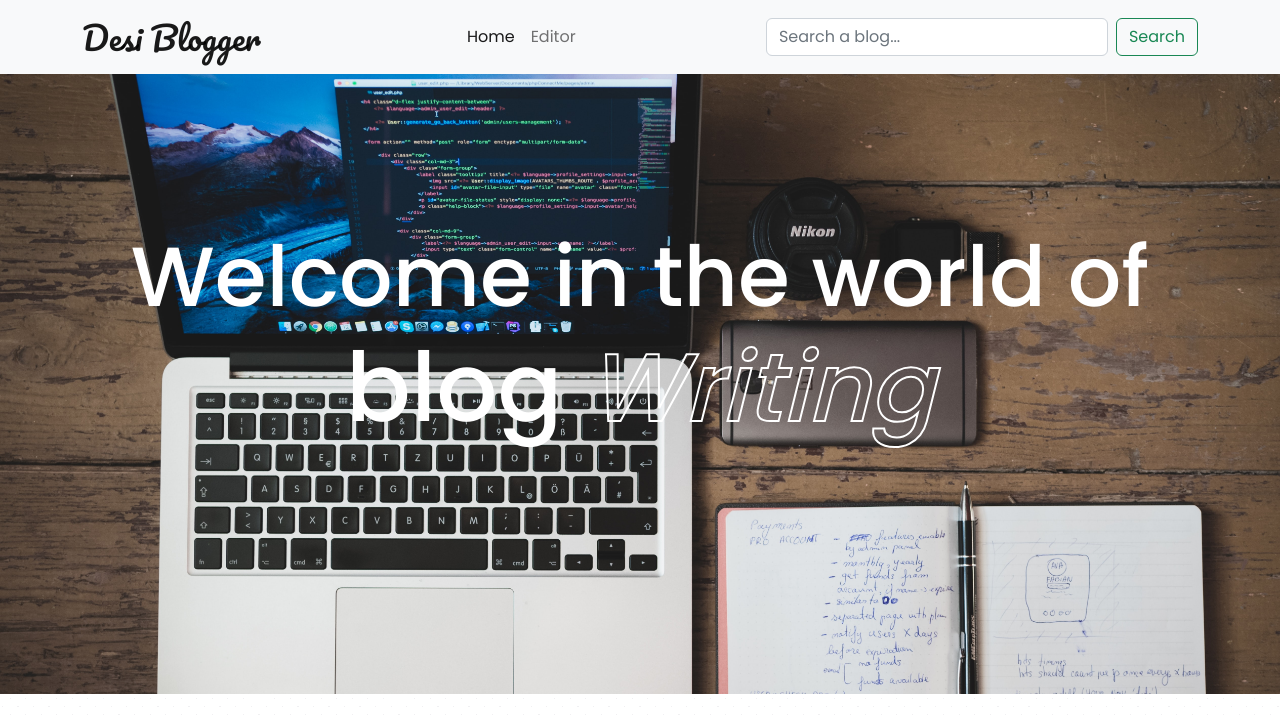
Repository: badhon252/Desi_Blogger
Page: public/home.html
These files come from the project's save history. The page is drawn as it stood at one moment and after the next save; the edit follows.
The browser window is 1280 px wide. The pictures show the whole page.

Above is the page before, as saved 2022-11-15 20:49:46.

After the next save:
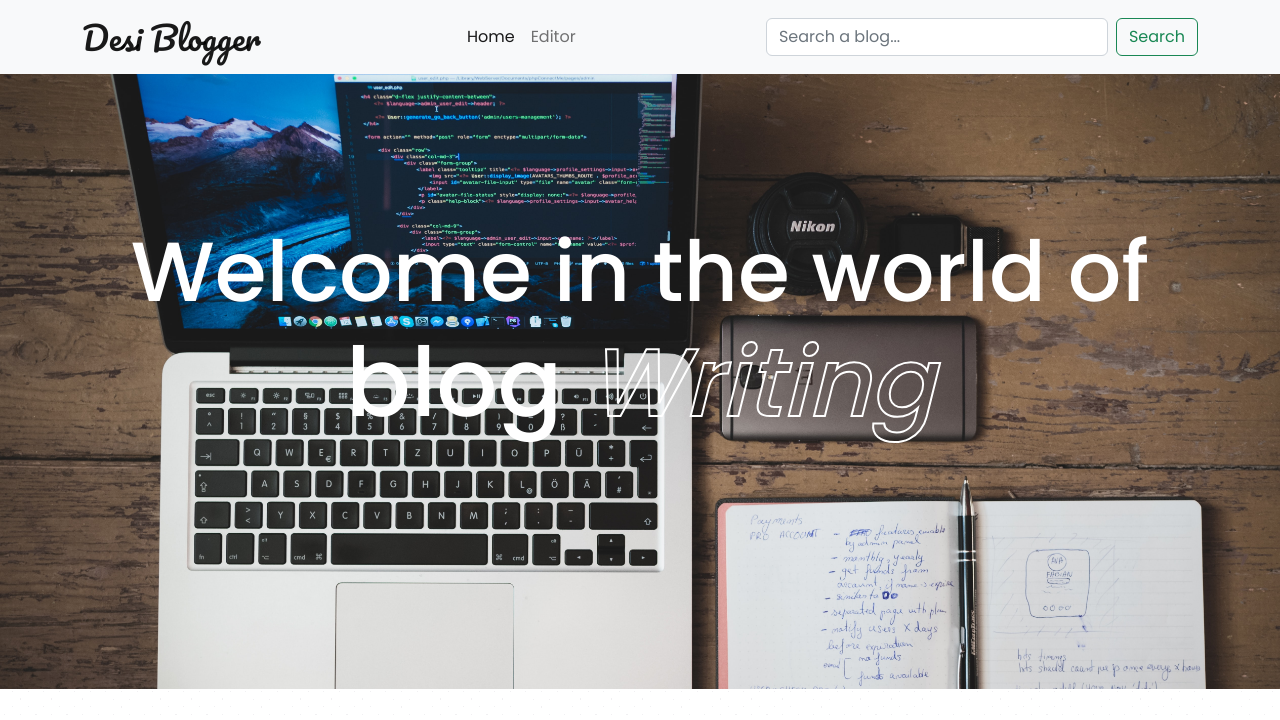
Saved 8 s later.
--- a/public/css/home.css
+++ b/public/css/home.css
@@ -35,7 +35,7 @@ body {
 }
 
 .content {
-  margin-top: -100px;
+  margin-top: -105px;
   width: 100%;
   height: calc(100vh);
   background-image: url(../img/altumcode-XMFZqrGyV-Q-unsplash.jpg);
